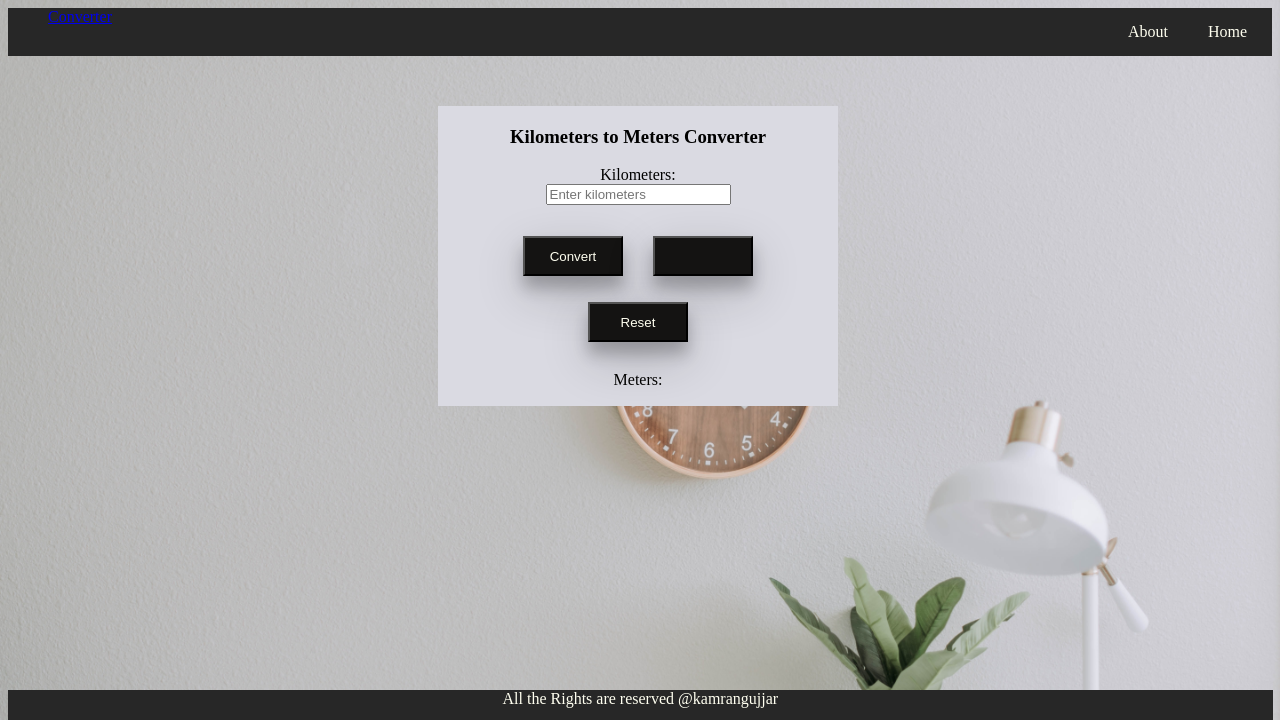
Repository: Kamrangujjar85112/Length-Converter
Page: html/km_m.html
These files come from the project's save history. The page is drawn as it stood at one moment and after the next save; the edit follows.
The browser window is 1280 px wide. The pictures show the whole page.

Above is the page before, as saved 2022-01-31 19:34:07.
Console error: SyntaxError: Unexpected token '}'

After the next save:
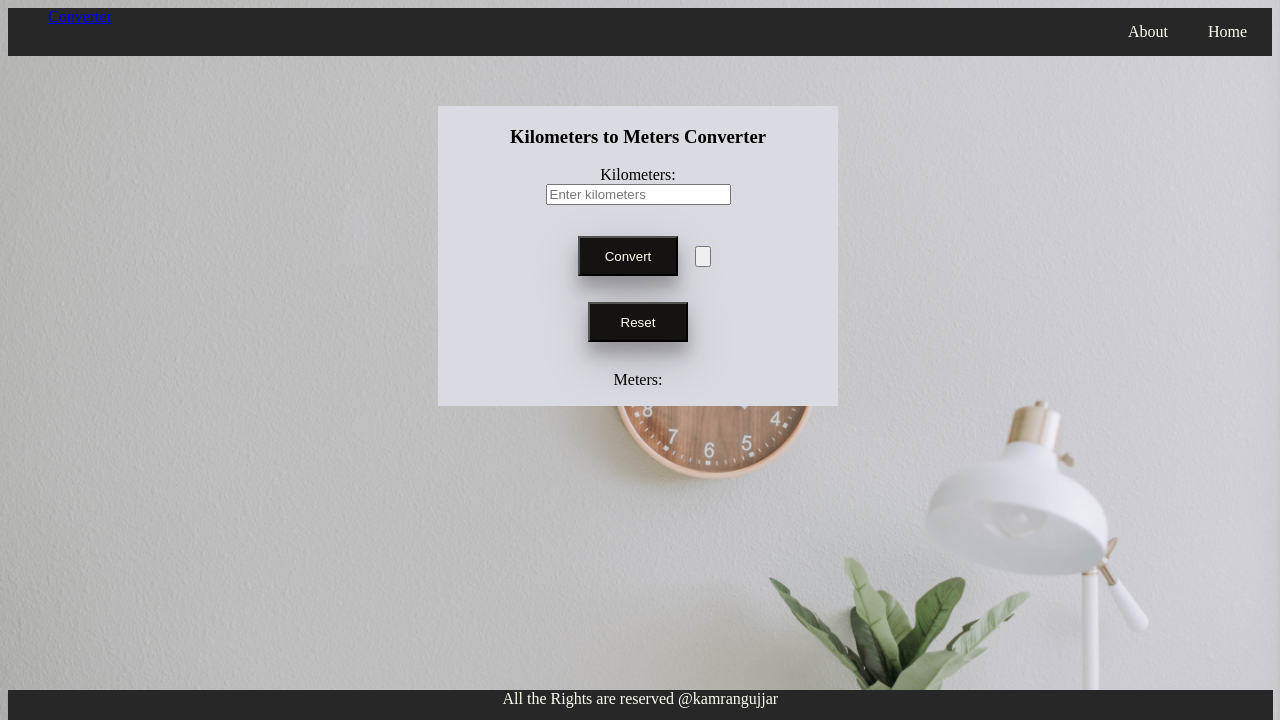
Saved 14 s later.
--- a/html/km_m.html
+++ b/html/km_m.html
@@ -31,7 +31,7 @@
                 <label>Kilometers:</label><br>
                 <input type="number" id="kilometersToMeters" placeholder="Enter kilometers" value=""><br><br>
                 <button id="convert">Convert</button>
-                <input type="button" id="convert"><br>
+                <input type="button" id="conver"><br>
                 <input type="reset" value="Reset" id="reset"><br>
                 <p id="kmToMp">Meters: <span id="kmToM"></span></p>
                 <p id="kmToMpError" style="display: none;"></span></p>
